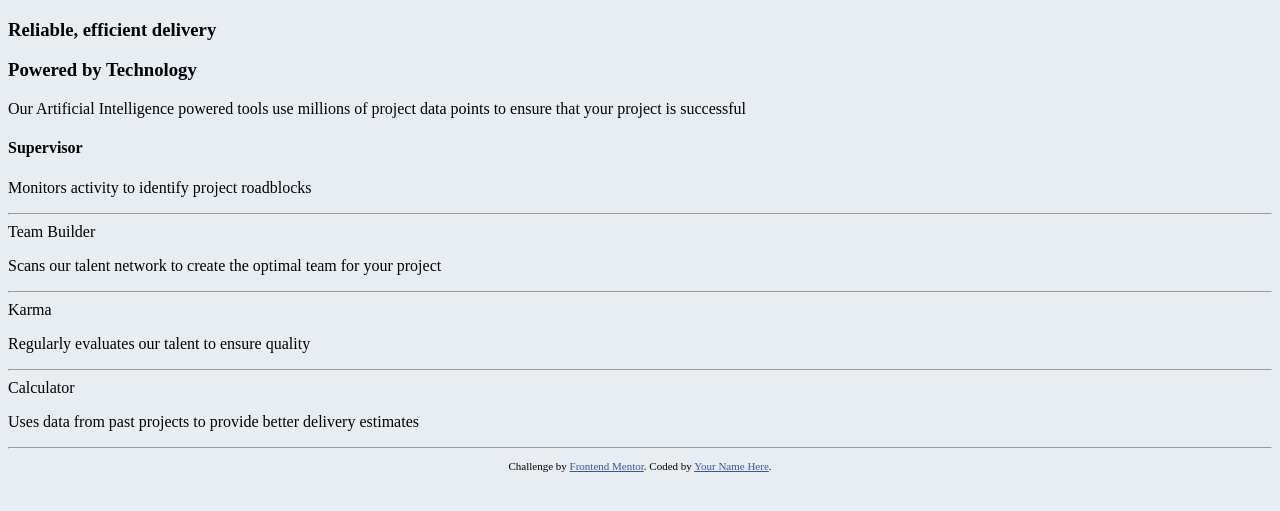
Repository: AngelaMwelu/four-card-page
Page: index.html
An editor plug-in stored every save of this project. The page is shown before and after a run of saves, followed by the edit.
The browser window is 1280 px wide. The pictures show the whole page.

Above is the page before, as saved 2025-05-15 15:04:17.

### index.html
<!DOCTYPE html>
<html lang="en">
<head>
  <meta charset="UTF-8">
  <meta name="viewport" content="width=device-width, initial-scale=1.0"> <!-- displays site properly based on user's device -->

  <link rel="icon" type="image/png" sizes="32x32" href="./images/favicon-32x32.png">
  <link rel="stylesheet" href="style.css">

  <title>Frontend Mentor | Four card feature section</title>
  <!-- Feel free to remove these styles or customise in your own stylesheet 👍 -->
  <style>
    .attribution { font-size: 11px; text-align: center; }
    .attribution a { color: hsl(228, 45%, 44%); }
  </style>
  <style>
    .Card{
      display:
    }
  </style>
</head>
<body>
  <div class="Card">
    <div class="about">
      <h3>Reliable, efficient delivery</h3>
      <h3>Powered by Technology</h3>

      <p>Our Artificial Intelligence powered tools use millions of project data points
       to ensure that your project is successful</p>
    </div>

    <div class="Supervisor">
      <h4>Supervisor</h4>
      <p>Monitors activity to identify project roadblocks</p>
    </div>
    <hr clas="br1">

    <div class="Team Builder">
      </h4>Team Builder</h4>
      </p>Scans our talent network to create the optimal team for your project</p>
    </div>
    <hr clas="br2">

    <div class="Karma">
      </h4>Karma</h4>
      </p>Regularly evaluates our talent to ensure quality</p>
    </div>
    <hr clas="br3">

    <div class="Calculator">
      </h4>Calculator</h4>
      </p>Uses data from past projects to provide better delivery estimates</p>
    </div>
    <hr clas="br4">
  </div>

  <footer>
    <p class="attribution">
      Challenge by <a href="https://www.frontendmentor.io?ref=challenge" target="_blank">Frontend Mentor</a>.
      Coded by <a href="#">Your Name Here</a>.
    </p>
  </footer>
</body>
</html>

### style.css
body{
    background: hsl(210, 29%, 93%);

}

After the next 2 saves:
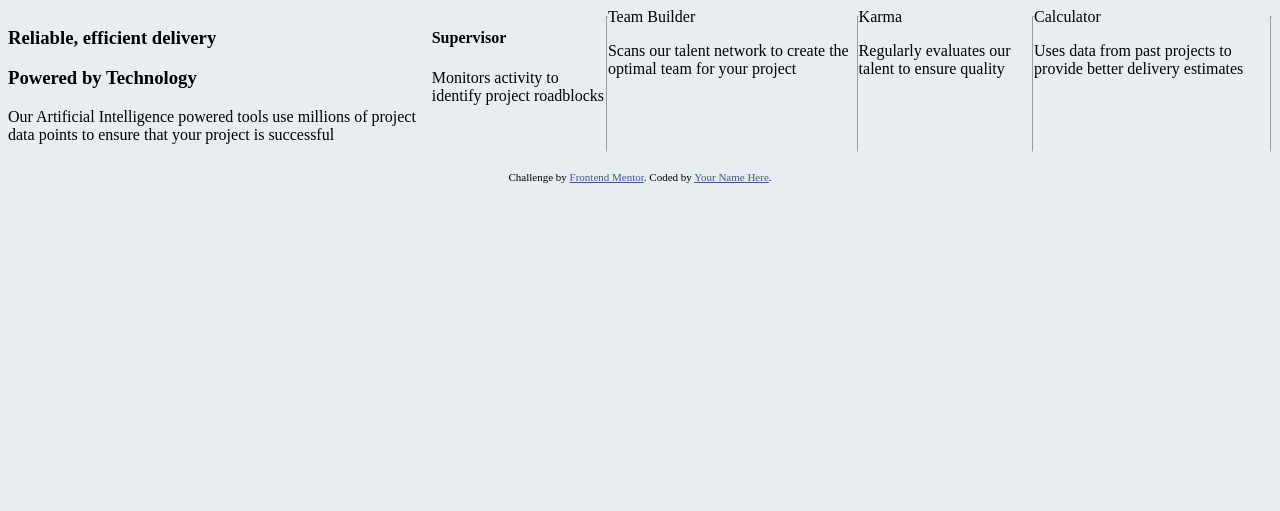
The 2 saves are shown as one change because they came seconds apart.
The last was saved 6 s later.
--- a/index.html
+++ b/index.html
@@ -15,7 +15,7 @@
   </style>
   <style>
     .Card{
-      display:
+      display:flex
     }
   </style>
 </head>
